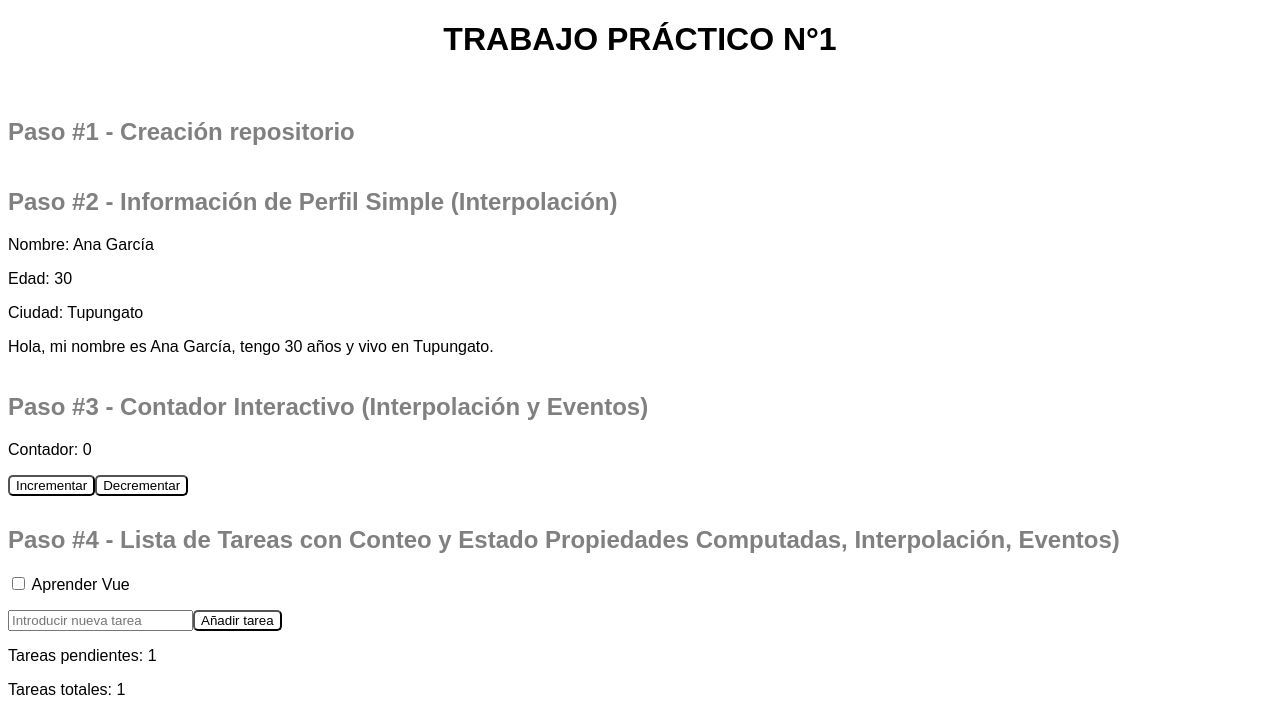
Repository: SofiaSferco/PWA
Page: practico01/index.html
These files come from the project's save history. The page is drawn as it stood at one moment and after a run of saves; the edit follows.
The browser window is 1280 px wide. The pictures show the whole page.

Above is the page before, as saved 2025-10-03 14:26:06.

After the next 2 saves:
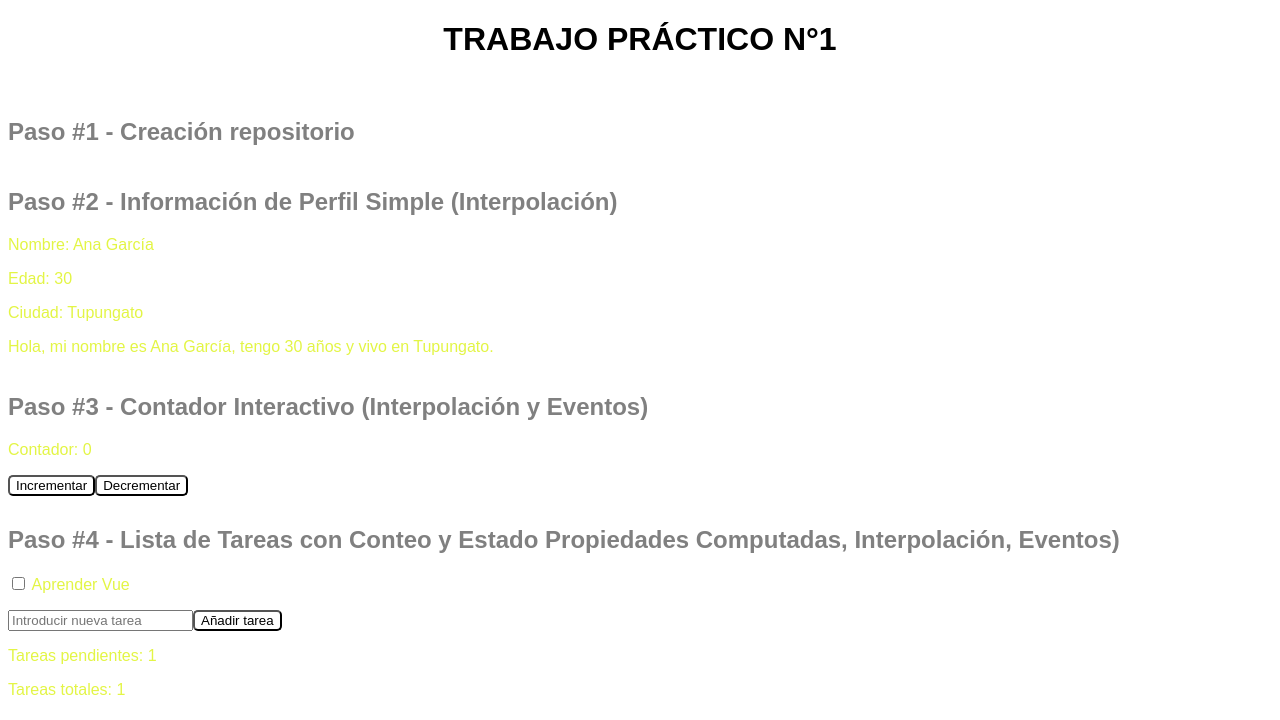
The 2 saves are shown as one change because they came seconds apart.
The last was saved 51 s later.
--- a/practico01/index.html
+++ b/practico01/index.html
@@ -80,7 +80,7 @@
 <style>
     body {
         font-family: Arial, Helvetica, sans-serif;
-        color: black
+        color: rgb(227, 245, 69)
     }
     h1{
         text-align: center;
